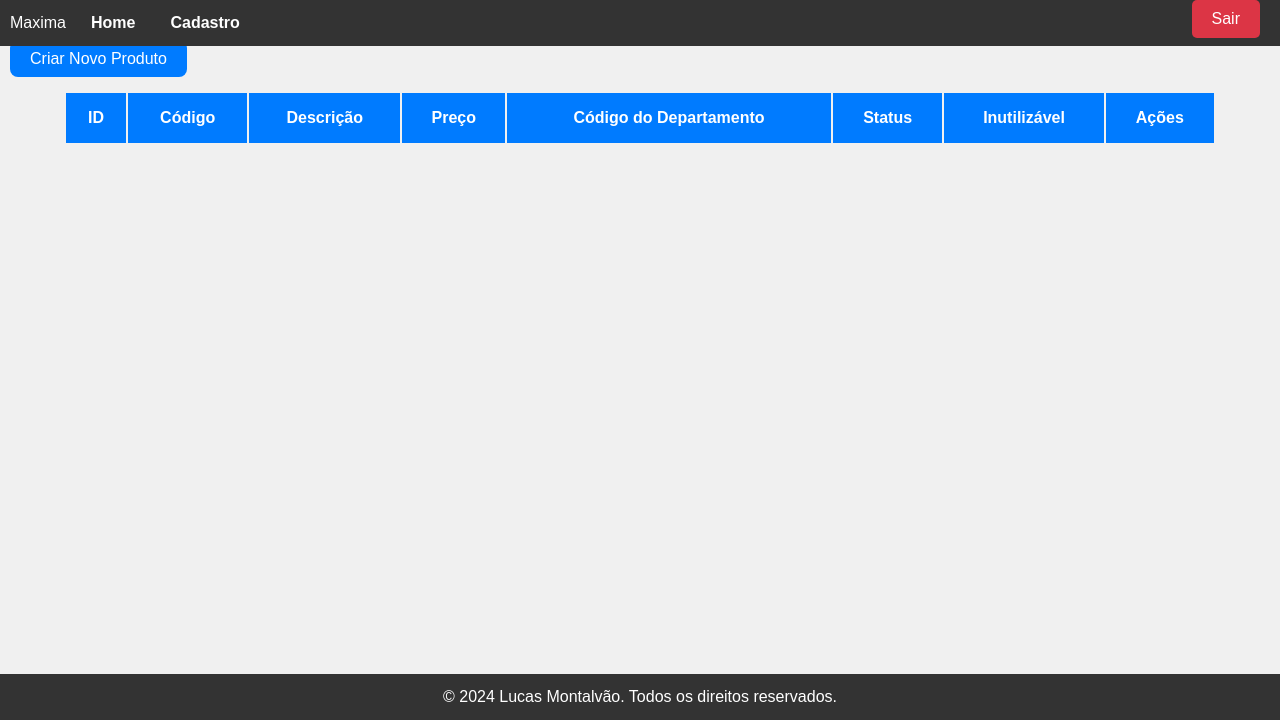
Repository: LucasMontalvao1/ProjetoMaxima
Page: /produto (app in AngularMaxima/)
The author's editor kept a copy of each file at every save. The page is drawn from the files as they stood at one save, then again after a run of saves.
The browser window is 1280 px wide. The pictures show the whole page.
The page's requests for data from a server got no answer. The project was rebuilt for these pictures with package versions that can differ from the ones it lists, and the page was loaded fresh each time. No one was signed in, and anything a server would have sent is missing. Also part of the build but not shown: AngularMaxima/angular.json, AngularMaxima/src/app/pages/login/login.component.ts, AngularMaxima/src/app/pages/home/home.component.ts.

Above is the page before, as saved 2024-07-14 20:15:30.

### AngularMaxima/src/index.html
<!doctype html>
<html lang="en">
<head>
  <meta charset="utf-8">
  <title>AngularMaxima</title>
  <base href="/">
  <meta name="viewport" content="width=device-width, initial-scale=1">
  <link rel="icon" type="image/x-icon" href="favicon.ico">
</head>
<body>
  <app-root></app-root>
</body>
</html>

### AngularMaxima/src/styles.css
* {
  margin: 0;
  padding: 0;
  box-sizing: border-box;
}

body {
  font-family: Arial, sans-serif;
  background-color: #f0f0f0;
  font-size: 16px;
  line-height: 1.6;
}

.container {
  display: flex;
  flex-direction: column;
  justify-content: space-between;
  min-height: 100vh;
}

### AngularMaxima/src/app/app.module.ts
import { NgModule } from '@angular/core';
import { BrowserModule } from '@angular/platform-browser';

import { AppRoutingModule } from './app-routing.module';
import { AppComponent } from './app.component';
import { LoginComponent } from './pages/login/login.component';
import { ReactiveFormsModule } from '@angular/forms';
import { HttpClientModule } from '@angular/common/http';
import { AuthService } from './services/auth.service';
import { HomeComponent } from './pages/home/home.component';
import { MenuComponent } from './layout/menu/menu.component';
import { FooterComponent } from './layout/footer/footer.component';
import { ProdutosComponent } from './pages/produto/produto.component';

@NgModule({
  declarations: [
    AppComponent,
    LoginComponent,
    HomeComponent,
    MenuComponent,
    FooterComponent,
    ProdutosComponent,

  ],
  imports: [
    BrowserModule,
    AppRoutingModule,
    ReactiveFormsModule,
    HttpClientModule
  ],
  providers: [AuthService],
  bootstrap: [AppComponent]
})
export class AppModule { }

### AngularMaxima/src/app/app-routing.module.ts
import { NgModule } from '@angular/core';
import { RouterModule, Routes } from '@angular/router';
import { LoginComponent } from './pages/login/login.component';
import { HomeComponent } from './pages/home/home.component';
import { ProdutosComponent } from './pages/produto/produto.component';

const routes: Routes = [
  { path: '', redirectTo: '/login', pathMatch: 'full'},
  { path: 'login', component: LoginComponent},
  { path: 'home', component: HomeComponent},
  { path: 'produto', component: ProdutosComponent},
  { path: 'home', component: HomeComponent},
];

@NgModule({
  imports: [RouterModule.forRoot(routes)],
  exports: [RouterModule]
})
export class AppRoutingModule { }

### AngularMaxima/src/app/app.component.ts
import { Component } from '@angular/core';

@Component({
  selector: 'app-root',
  templateUrl: './app.component.html',
  styleUrls: ['./app.component.css']
})
export class AppComponent {
  title = 'AngularMaxima';
}

### AngularMaxima/src/app/services/auth.service.ts
import { Injectable } from '@angular/core';
import { HttpClient } from '@angular/common/http';
import { Observable } from 'rxjs';
import { environment } from '../../../src/environments/environment';
import { Router } from '@angular/router';

@Injectable({
  providedIn: 'root'
})
export class AuthService {

  private apiUrl = environment.apiUrl;

  constructor(private http: HttpClient, private router: Router) { }

  login(username: string, password: string): Observable<any> {
    const body = { username, password };
    return this.http.post<any>(`${this.apiUrl}/login`, body, { responseType: 'text' as 'json' });
  }

    logout() {
    this.router.navigate(['/login']);
    }
}

### AngularMaxima/src/app/layout/menu/menu.component.ts
import { Component } from '@angular/core';
import { AuthService } from '../../services/auth.service';

@Component({
  selector: 'app-menu',
  templateUrl: './menu.component.html',
  styleUrls: ['./menu.component.css']
})
export class MenuComponent {

  constructor(private authService: AuthService) {}

  logout() {
    this.authService.logout();
  }
}

### AngularMaxima/src/app/pages/produto/produto.component.ts
// produtos.component.ts

import { Component, OnInit } from '@angular/core';
import { Produto } from '../../models/produto.model';
import { ProdutoService } from '../../services/produto.service';

@Component({
  selector: 'app-produtos',
  templateUrl: './produto.component.html',
  styleUrls: ['./produto.component.css']
})
export class ProdutosComponent implements OnInit {
  produtos: Produto[] = []; // Inicializando a propriedade produtos como um array vazio

  constructor(private produtoService: ProdutoService) { }

  ngOnInit(): void {
    this.CarregarProdutos();
  }

  CarregarProdutos(): void {
    this.produtoService.getAllProdutos().subscribe(
      (data: Produto[]) => {
        this.produtos = data;
      },
      (error) => {
        console.error('Erro ao carregar produtos:', error);
      }
    );
  }

  buscarProdutoPorId(id: number): void {
    this.produtoService.getProdutoById(id).subscribe(
      (produto: Produto) => {
        console.log('Produto encontrado:', produto);
        // Aqui você pode implementar lógica para lidar com o produto encontrado
      },
      (error) => {
        console.error('Erro ao buscar produto por ID:', error);
      }
    );
  }


  criarProduto(): void {
    const novoProduto: Produto = {
      codigo: 'NovoCodigo',
      descricao: 'Nova Descrição',
      preco: 0,
      departamentoCodigo: '001',
      status: 0,
      inutilizavel: 0
    };

    this.produtoService.createProduto(novoProduto).subscribe(
      (response: Produto) => {
        console.log('Produto criado com sucesso:', response);
        this.CarregarProdutos(); // Recarrega a lista de produtos após criar um novo
      },
      (error) => {
        console.error('Erro ao criar produto:', error);
      }
    );
  }

  editarProduto(id: number): void {
    // Implemente conforme necessário, utilizando o serviço ProdutoService
    // Exemplo de uso: this.produtoService.updateProduto(id, produto).subscribe(...)
  }

  detalhesProduto(id: number): void {
    // Implemente conforme necessário, utilizando o serviço ProdutoService
    // Exemplo de uso: this.produtoService.getProdutoById(id).subscribe(...)
  }

  excluirProduto(id: number): void {
    if (confirm('Tem certeza que deseja apagar este produto?')) {
      this.produtoService.deleteProduto(id).subscribe(
        () => {
          console.log('Produto excluído com sucesso.');
          this.CarregarProdutos(); // Recarrega a lista de produtos após excluir um produto
        },
        (error) => {
          console.error('Erro ao apagar produto:', error);
        }
      );
    }
  }
}

### AngularMaxima/src/environments/environment.ts
export const environment = {
  production: false,
  apiUrl: 'https://localhost:7041'
};

### AngularMaxima/src/app/layout/menu/menu.component.html
<div class="menu-container">
  <nav class="menu">
    <ul>
      <li>Maxima</li>
      <li><a routerLink="/home">Home</a></li>
      <li class="cadastro">
        <a href="#">Cadastro</a>
        <div class="submenu">
          <a routerLink="/produto">Produtos</a>
          <a routerLink="/departamento">Departamentos</a>
        </div>
      </li>
    </ul>
  </nav>

  <div class="user-actions">
    <button class="logout-button" (click)="logout()">Sair</button>
  </div>
</div>

### AngularMaxima/src/app/layout/menu/menu.component.css
/* styles.css (ou menu.component.css) */

.menu {
  background-color: #333;
  color: white;
  padding: 10px;
  display: flex;
  justify-content: space-between;
  align-items: center;
  position: relative; /* Adicionado para posicionamento absoluto do submenu */
  width: 100%;
}

.menu ul {
  list-style-type: none;
  display: flex;
}

.menu ul li {
  margin-right: 15px;
  position: relative; /* Adicionado para posicionamento absoluto do submenu */
}

.menu ul li a {
  color: white;
  text-decoration: none;
  font-weight: bold;
  padding: 10px;
  position: relative;
}

.menu ul li a:hover {
  text-decoration: underline;
}

.submenu {
  display: none;
  position: absolute;
  background-color: #333;
  padding: 10px;
  top: 100%; /* Posiciona o submenu abaixo do item de menu */
  left: 0;
  z-index: 1; /* Garante que o submenu apareça sobre outros elementos */
}

.menu ul li.cadastro:hover .submenu {
  display: block; /* Mostra o submenu quando o mouse passa sobre o item de menu */
}

.user-actions {
  margin-left: auto;
}

.logout-button {
  background-color: #dc3545;
  color: white;
  border: none;
  padding: 10px 20px;
  border-radius: 5px;
  cursor: pointer;
  font-size: 1rem;
}

.logout-button:hover {
  background-color: #c82333;
}

.header {
  position: fixed;
  top: 0;
  left: 0;
  width: 100%;
  background-color: #333;
  color: white;
  padding: 10px 20px;
  display: flex;
  justify-content: space-between;
  align-items: center;
}

.menu-container {
  display: flex;
  align-items: center; /* Ajuste para centralizar verticalmente */
}

.user-actions {
  position: absolute;
  top: 0;
  right: 20px; /* Ajuste a margem direita conforme necessário */
}

### AngularMaxima/src/app/layout/footer/footer.component.html
<footer class="footer">
  <p>&copy; 2024 Lucas Montalvão. Todos os direitos reservados.</p>
</footer>

### AngularMaxima/src/app/layout/footer/footer.component.css
.footer {
  background-color: #333;
  color: white;
  text-align: center;
  padding: 10px 0;
  width: 100%;
  position: fixed;
  bottom: 0;
  left: 0;
  z-index: 1000; /* Ajuste conforme necessário */
}

### AngularMaxima/src/app/pages/produto/produto.component.html
<app-menu></app-menu>

<div class="btn-create-espaco">
    <p>
        <a routerLink="/produtos/create" class="btn btn-criar">Criar Novo Produto</a>
    </p>

<table class="table table-striped table-hover">
    <thead>
        <tr>
            <th>ID</th>
            <th>Código</th>
            <th>Descrição</th>
            <th>Preço</th>
            <th>Código do Departamento</th>
            <th>Status</th>
            <th>Inutilizável</th>
            <th>Ações</th>
        </tr>
    </thead>
    <tbody>
        <tr *ngFor="let produto of produtos">
            <td>{{ produto.id }}</td>
            <td>{{ produto.codigo }}</td>
            <td>{{ produto.descricao }}</td>
            <td>{{ produto.preco | currency }}</td>
            <td>{{ produto.departamentoCodigo }}</td>
            <td>{{ produto.status }}</td>
            <td>{{ produto.inutilizavel }}</td>
            <td>
                <a routerLink="/produto/edit/{{ produto.id }}" class="btn btn-primary">Editar</a>
                <a routerLink="/produto/details/{{ produto.id }}" class="btn btn-primary">Detalhes</a>
                <button (click)="(produto.id)" class="btn btn-danger">Apagar</button>
            </td>
        </tr>
    </tbody>
</table>
</div>
<app-footer></app-footer>

### AngularMaxima/src/app/pages/produto/produto.component.css
.table {
  width: 90%;
  margin: 20px auto; /* Centraliza a tabela com margem */
}

.table th, .table td {
  text-align: center;
  padding: 12px; /* Aumenta o padding para dar mais espaço nos botões */
}

.table th {
  background-color: #007BFF; /* Cor azul para o cabeçalho */
  color: white;
  font-size: 16px;
  font-weight: bold;
}

.table td {
  background-color: #f8f9fa; /* Cor de fundo das células */
}

.table .btn {
  border-radius: 8px; /* Borda arredondada */
  margin-right: 15px;
  padding: 10px 16px; /* Aumenta o padding para deixar os botões maiores */
  cursor: pointer; /* Define o cursor como ponteiro para indicar que é clicável */
}

.table .btn-primary {
  background-color: #007BFF; /* Cor azul para os botões "Editar" e "Detalhes" */
  color: white;
}

.table .btn-primary:hover {
  background-color: #0056b3; /* Cor mais escura ao passar o mouse */
}

.table .btn-danger {
  background-color: #dc3545; /* Cor vermelha para o botão "Apagar" */
  color: white;
}

.table .btn-danger:hover {
  background-color: #c82333; /* Cor mais escura ao passar o mouse */
}

.btn-criar {
  background-color: #007BFF; /* Cor azul para o botão "Criar Novo Produto" */
  color: white;
  border: none;
  padding: 10px 20px;
  border-radius: 8px;
  cursor: pointer;
  text-decoration: none; /* Remove sublinhado padrão para links */
  margin: 10px; /* Espaçamento ao redor do botão */
}

.btn-criar:hover {
  background-color: #0056b3; /* Cor mais escura ao passar o mouse */
}

### AngularMaxima/src/app/services/produto.service.ts
import { Injectable } from '@angular/core';
import { HttpClient } from '@angular/common/http';
import { Observable } from 'rxjs';
import { environment } from '../../../src/environments/environment';
import { Router } from '@angular/router';
import { Produto } from '../models/produto.model';

@Injectable({
  providedIn: 'root'
})
export class ProdutoService {

  private apiUrl = environment.apiUrl;

  constructor(private http: HttpClient, private router: Router) { }

  getAllProdutos(): Observable<Produto[]> {
    return this.http.get<Produto[]>(`${this.apiUrl}/produto`);
  }

  getProdutoById(id: number): Observable<Produto> {
    return this.http.get<Produto>(`${this.apiUrl}/produtos/${id}`);
  }

  createProduto(produto: Produto): Observable<Produto> {
    return this.http.post<Produto>(`${this.apiUrl}/produtos`, produto);
  }

  updateProduto(id: number, produto: Produto): Observable<Produto> {
    return this.http.put<Produto>(`${this.apiUrl}/produtos/${id}`, produto);
  }

  deleteProduto(id: number): Observable<any> {
    return this.http.delete<any>(`${this.apiUrl}/produtos/${id}`);
  }
}

Loaded but not shown: AngularMaxima/src/main.ts (common file); AngularMaxima/src/app/layout/footer/footer.component.ts (common file); AngularMaxima/src/app/app.component.html (common file); AngularMaxima/src/app/app.component.css (no stored copy; drawn as an empty file)

After the next 2 saves:
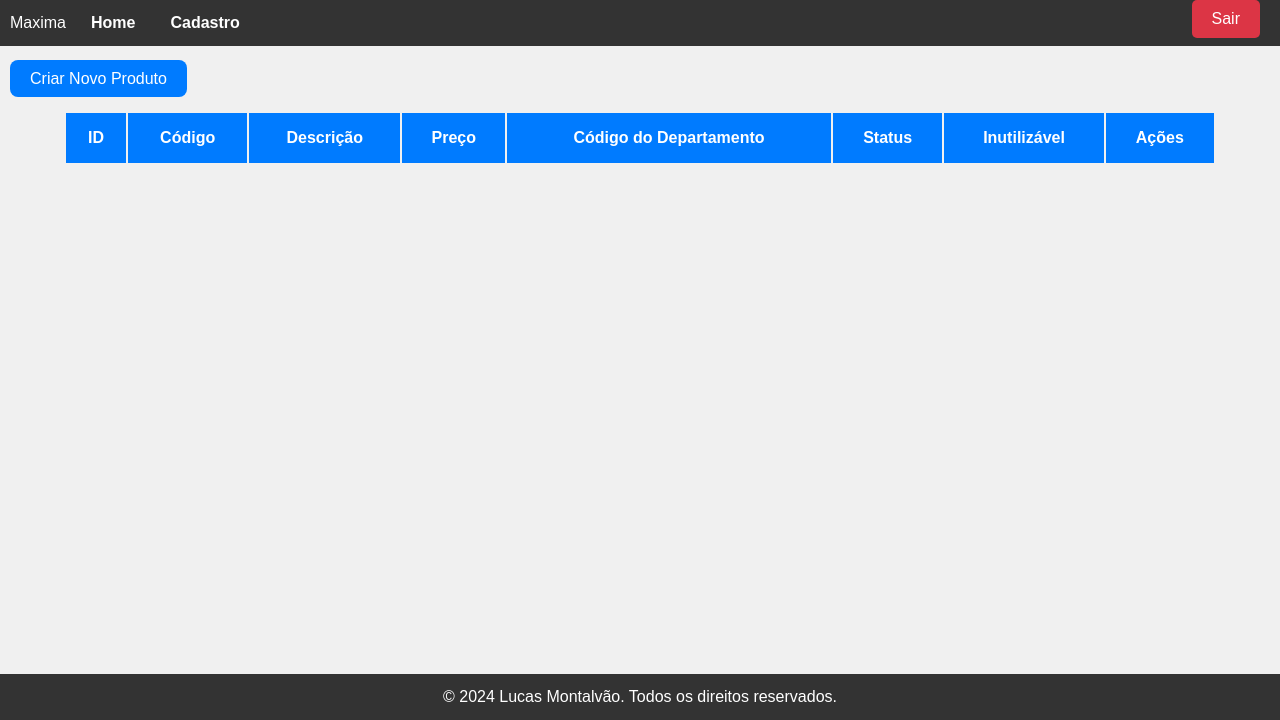
The 2 saves are shown as one change because they came seconds apart.
The last was saved 21 s later.
--- a/AngularMaxima/src/app/pages/produto/produto.component.css
+++ b/AngularMaxima/src/app/pages/produto/produto.component.css
@@ -58,3 +58,7 @@
 .btn-criar:hover {
   background-color: #0056b3; /* Cor mais escura ao passar o mouse */
 }
+
+.btn-create-espaco {
+  margin-top: 20px;
+}
